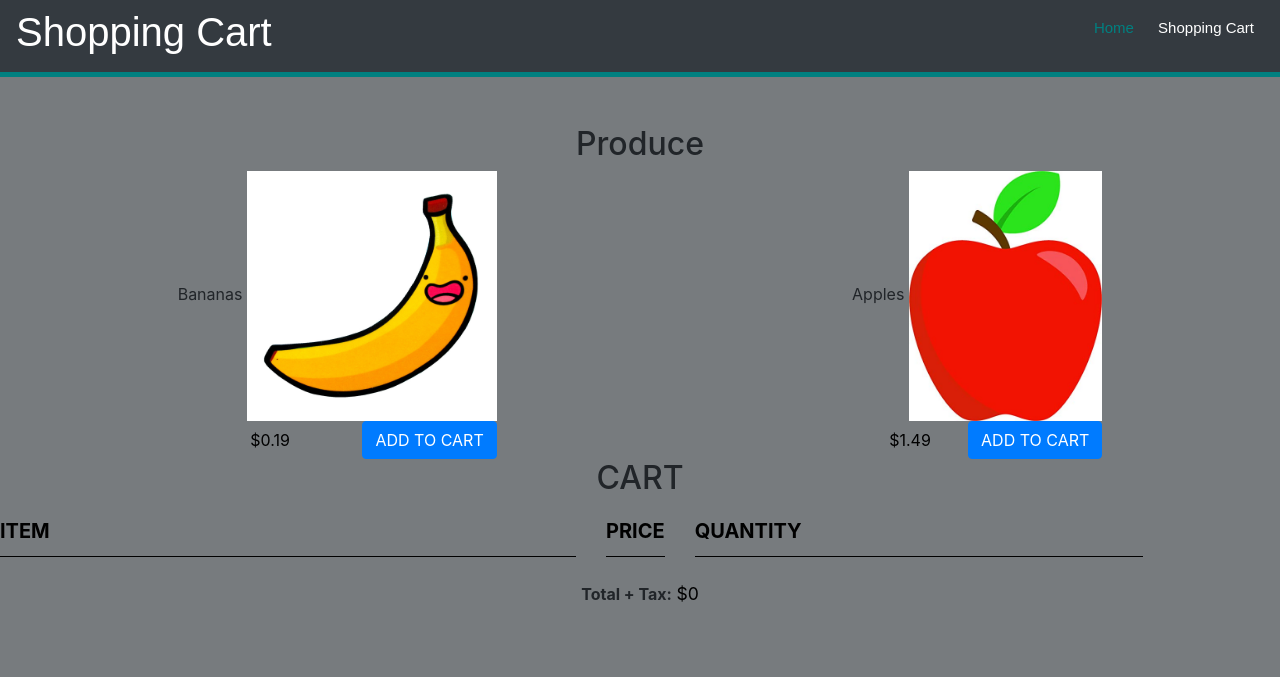
Repository: ElijahHallera/336-Internet-Prog
Page: http://localhost/shoppingcart.html
The author's editor kept a record of every edit. The page is drawn from the files as they stood at one moment, then again after the next edit.
The browser window is 1280 px wide. The pictures show the whole page.
The page is run by PHP 8.4 with error messages shown; the project is at /var/www/html/.

Above is the page before.

### cst336_s2020Assignment2-master/cst336_s2020Assignment2-master/shoppingcart.html
<!DOCTYPE html>
<html>
    <head>
        <meta charset = "utf-8">
        <title>Project 2</title>
        <link href="https://stackpath.bootstrapcdn.com/bootstrap/4.4.1/css/bootstrap.min.css"
        rel="stylesheet"
        integrity="sha384-Vkoo8x4CGsO3+Hhxv8T/Q5PaXtkKtu6ug5TOeNV6gBiFeWPGFN9MuhOf23Q9Ifjh"
        crossorigin="anonymous">
        <link href="https://fonts.googleapis.com/css?family=Raleway&display=swap" rel="stylesheet">
        <script src="https://ajax.aspnetcdn.com/ajax/jQuery/jquery-3.4.1.min.js"></script>
        <script src = "https://cdnjs.cloudflare.com/ajax/libs/underscore.js/1.9.1/underscore-min.js"></script>
        <link href = "css/app.css" rel = "stylesheet" type = "text/css">
        <script src = "js/javascript.js" async></script>
    </head>

    <body class = "text-center">
        <header id = "shoppingHEADER">
            <nav class="navbar navbar-dark bg-dark">
              <h1> Shopping Cart </h1>
                    <ul>
                        <li> <a href = "index.html" class = "shoppingA"> Home </a> </li>
                        <li> <a href = "shoppingcart.html" id = "currentPage" class = "shoppingA"> Shopping Cart </a> </li>
                    </ul>
            </nav>
        </header>
		</br>
		</br>

        <section>
            <h2>Produce</h2>
            <div class="shop-items">
            <div>
                <span class="title">Bananas</span>
                <img class="food_image" src="images/banana-sticker.jpg">
                <div class="details">
                    <span class="shop_price">$0.19</span>
                    <button class="btn btn-primary shop_button" type="button">ADD TO CART</button>
            </div>

            </div>
            <div>
                <span class="title">Apples</span>
                <img class="food_image" src="images/Apple.jpg">
                <div class="details">
                    <span class="shop_price">$1.49</span>
                    <button class="btn btn-primary shop_button" type="button">ADD TO CART</button>
                </div>
            </div>
            </div>
        </section>

        <section>
            <h2>CART</h2>
            <div class="cart-row">
                <span class="cart-item cart-header cart-column">ITEM</span>
                <span class="cart-price cart-header cart-column">PRICE</span>
                <span class="cart-quantity cart-header cart-column">QUANTITY</span>
            </div>
            <div class="cart-items">
            </div>
            </br>
            <div class="cart-total">
                <strong class="cart-total-title">Total + Tax:</strong>
                <span class="cart-total-price">$0</span>
            </div>
            </br>
            </br>
        </section>

    </body>
</html>

### cst336_s2020Assignment2-master/cst336_s2020Assignment2-master/css/app.css
body{
    background-color: #777B7E;
}

h1{
    color: white;
}

h3{
    color: black;
}

header {
    color: white;
    font-family: "Montserrat", sans-serif;
    font-size: 15px;
    justify-content: space-between;
    align-items: center;
    border-bottom: 5px solid #86C232;
}

nav li:hover{ /*pseudo class*/
    font-size: 1.10em;
    transition: .9s; /* transition effect */
}

li {
    list-style: none; /*gets rid of bullet points*/
    display: inline-block; /* allows me to get horizontal tabs */
    padding-left: 10px;
    padding-right: 10px;
}

a { /* links within "nav" container */
    font-size: 1em;
    color: #86C232; /* by default, links are blue */
    border-radius: 15px;
    justify-content: space-between;
}

.shoppingA{
    font-size: 1em;
    color: teal; /* by default, links are blue */
    border-radius: 15px;
    justify-content: space-between;
}

.homeA{
    font-size: 1em;
    color: red; /* by default, links are blue */
    border-radius: 15px;
    justify-content: space-between;
}

.flex-container {
	display: flex;
	flex-wrap: wrap;
	flex-direction: row;
	justify-content: center;
}

.flex-item {
	width: 25%;
	margin: 10px;
}

.flex-item > img {
	width: 50%;
}

.shop-item {
    margin: 30px;
}

.shop-item-title {
    display: block;
    width: 100%;
    text-align: center;
    font-weight: bold;
    font-size: 1.5em;
    color: black;
}

.food_image { /* makes each image the same height */
    height: 250px;
}

.details {
    display: flex;
    align-items: center;
}

.shop_price { /* makes price black */
    flex-grow: 1;
    color: black;
}

.shop-items { /* puts the items next to eachother */
    display: flex;
    flex-wrap: wrap;
    justify-content: space-around;
}

.cart-header {
    font-weight: bold;
    font-size: 1.25em;
    color: black;
}

.cart-column {
    display: flex;
    align-items: center;
    border-bottom: 1px solid black;
    margin-right: 1.5em;
    padding-bottom: 10px;
    margin-top: 10px;
}

.cart-row { /* puts the items in a column */
    display: flex;
}

.cart-item {
    width: 45%;
}

.cart-quantity {
    width: 35%;
}

.cart-item-image { /*makes image smaller in cart */
    width: 75px;
    height: auto;
    border-radius: 10px;
}

.cart-total-price { /* makes the price black and increase size a bit */
    color: black;
    font-size: 1.1em;
}

#quantity{
    display: flex;
	flex-direction: row;
	align-items: center;
	justify-content: space-between;
}

#currentPage {
    font-size: 1em;
    text-decoration: none; /* removes underline */
    color: white; /* by default, links are blue */
}


#shoppingHEADER{
    color: white;
    font-family: "Montserrat", sans-serif;
    font-size: 15px;
    justify-content: space-between;
    align-items: center;
    border-bottom: 5px solid teal;
}

#homeHEADER{
    color: white;
    font-family: "Montserrat", sans-serif;
    font-size: 15px;
    justify-content: space-between;
    align-items: center;
    border-bottom: 5px solid red;
}

### cst336_s2020Assignment2-master/cst336_s2020Assignment2-master/js/javascript.js
if (document.readyState == 'loading') {
    document.addEventListener('DOMContentLoaded', ready)
} else {
    ready()
}

function ready() {
    var Inputs = document.getElementsByClassName('cart-input')
    for (var i = 0; i < Inputs.length; i++) {
        var input = Inputs[i]
        input.addEventListener('change', Changed)
    }

    var addToCart = document.getElementsByClassName('shop_button')
    for (var i = 0; i < addToCart.length; i++) {
        var button = addToCart[i]
        button.addEventListener('click', Clicked)
    }
}

function Changed(event) {
    var input = event.target
    if (isNaN(input.value) || input.value <= -1) {
        input.value = 1
    }
    update()
}

function Clicked(event) {
    var button = event.target
    var shopItem = button.parentElement.parentElement
    var title = shopItem.getElementsByClassName('title')[0].innerText
    var price = shopItem.getElementsByClassName('shop_price')[0].innerText
    var imageSrc = shopItem.getElementsByClassName('food_image')[0].src
    addCart(title, price, imageSrc)
    update()
}

function addCart(title, price, imageSrc) {
    var cartRow = document.createElement('div')
    cartRow.classList.add('list')
    var cartItems = document.getElementsByClassName('cart-items')[0]
    var Items = cartItems.getElementsByClassName('item-title')
    for (var i = 0; i < Items.length; i++) {
        if (Items[i].innerText == title) {
            alert('This item is already added to the cart')
            return
        }
    }

    var cartContents = ` <div class="cart-item cart-column"> <img class="item-image" src="${imageSrc}" width="100" height="100">
                         <span class="item-title">${title}</span></div> <span class="cart-price cart-column">${price}</span>
                         <div class="cart-quantity cart-column"> <input class="cart-input" type="number" value="1"></div>`;
    cartRow.innerHTML = cartContents;
    cartItems.append(cartRow);
    cartRow.getElementsByClassName('cart-input')[0].addEventListener('change', Changed);
}

function update() {
    var cartItemContainer = document.getElementsByClassName('cart-items')[0];
    var cartRows = cartItemContainer.getElementsByClassName('list');
    var total = 0;
    for (var i = 0; i < cartRows.length; i++) {
        var cartRow = cartRows[i];
        var priceElement = cartRow.getElementsByClassName('cart-price')[0];
        var quantityElement = cartRow.getElementsByClassName('cart-input')[0];
        var price = parseFloat(priceElement.innerText.replace('$', ''));
        var quantity = quantityElement.value;
        total = total + ((price * quantity) + ((price * quantity) *.0875));
    }
    total = Math.round(total * 100) / 100;
    document.getElementsByClassName('total-price')[0].innerText = '$' + total;
}

After the next edit:
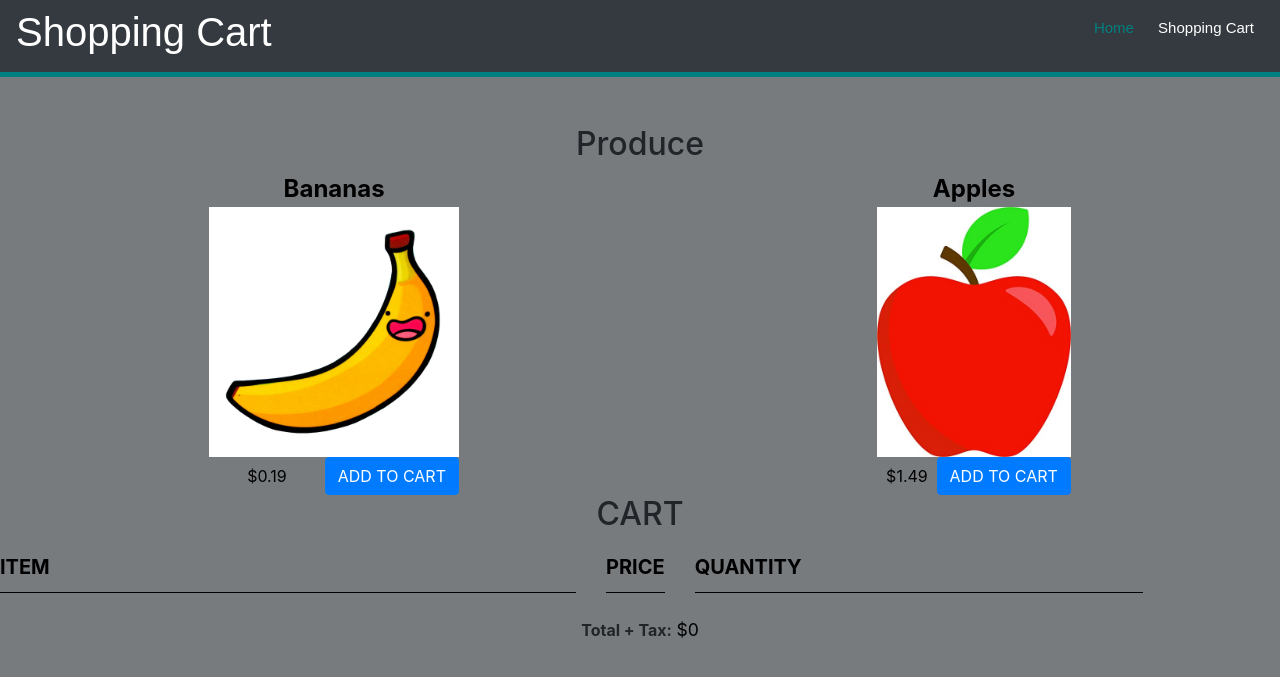
The edit:
--- a/cst336_s2020Assignment2-master/cst336_s2020Assignment2-master/css/app.css
+++ b/cst336_s2020Assignment2-master/cst336_s2020Assignment2-master/css/app.css
@@ -72,7 +72,7 @@
     margin: 30px;
 }
 
-.shop-item-title {
+.title {
     display: block;
     width: 100%;
     text-align: center;
